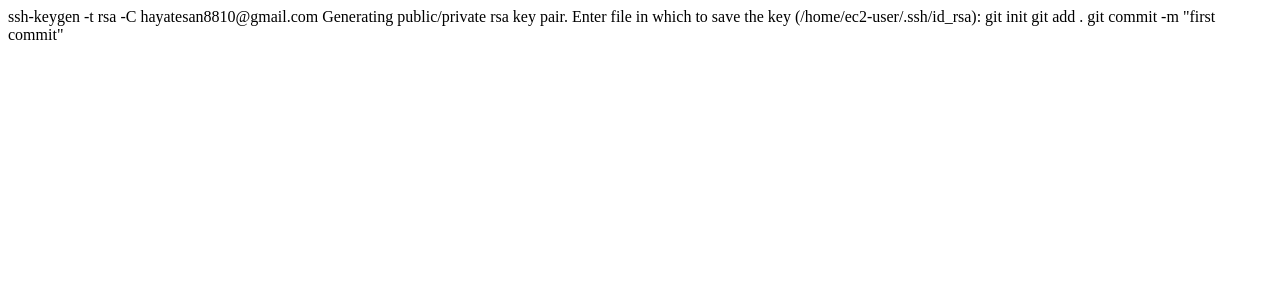
Repository: hayatesan8810/samurai_HTML-CSS
Page: index.html
The author's editor kept a record of every edit. The page is drawn from the files as they stood at one moment, then again after the next edit.
The browser window is 1280 px wide. The pictures show the whole page.

Above is the page before.

After the next edit:
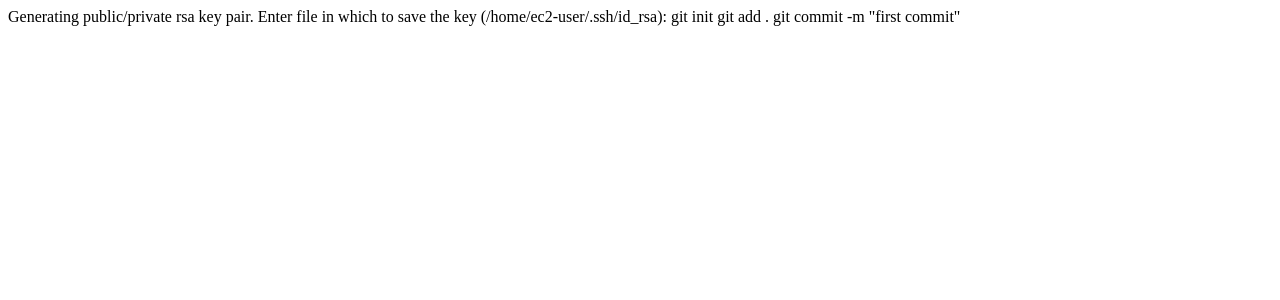
The edit:
--- a/index.html
+++ b/index.html
@@ -1,4 +1,4 @@
-ssh-keygen -t rsa -C hayatesan8810@gmail.com
+
 Generating public/private rsa key pair.
 Enter file in which to save the key (/home/ec2-user/.ssh/id_rsa):
 git init
